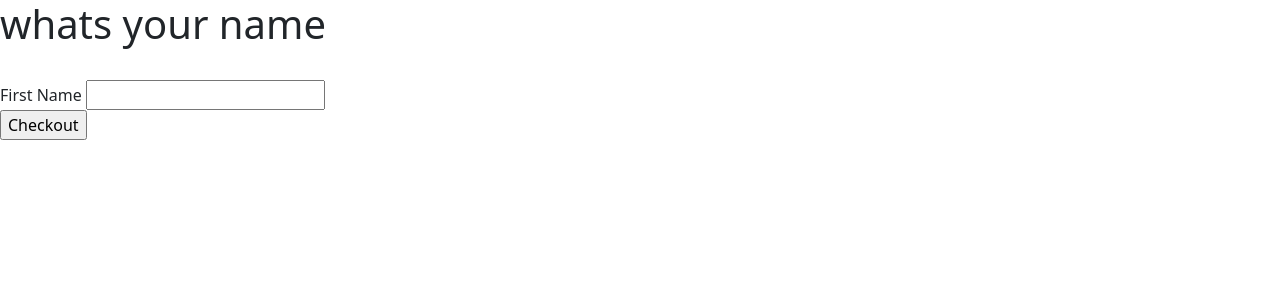
Repository: Flatbook/sliced_bread
Page: http://localhost/checkout
An editor plug-in stored every save of this project. The page is shown before and after the next save, followed by the edit.
The browser window is 1280 px wide. The pictures show the whole page.
Some web libraries are served in a nearby version. The page is served by the project's application, run on Flask 3 (app.py).

Above is the page before, as saved 2021-05-15 21:59:54.

After the next save:
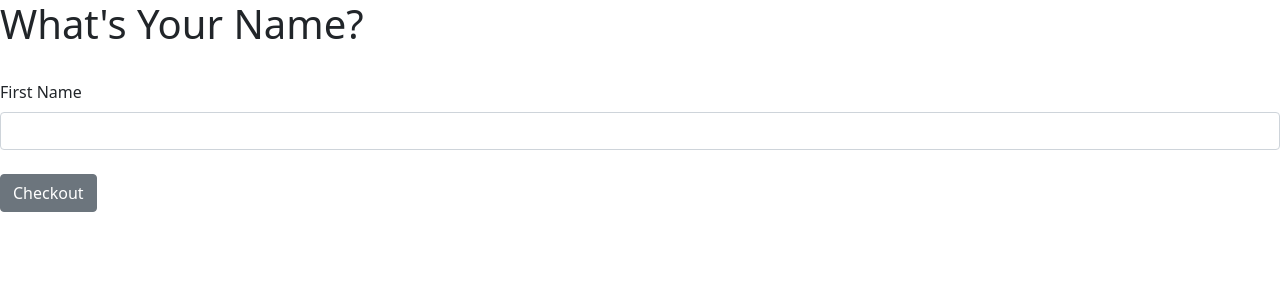
Saved 2 min 28 s later.
--- a/flask_project/templates/checkout.html
+++ b/flask_project/templates/checkout.html
@@ -2,19 +2,30 @@
 {% block content %}
 
 {% if name %}
-<h1>Hello {{name}}!!</h1>
+	<h1>Hello {{ name }}!!</h1>
+	<br/>
+	<img src="{{ url_for('static', filename='images/NorthPeak.png')}}" width=1100>
+	<br/><br/>
+	<p id="demo">This is stuff...</p>
+
+<script src="{{ url_for('static', filename='js/myfile.js')}}"></script>
+
+
 {% else %}
-    <h1> whats your name</h1>
-    <br/>
-<form method ="POST">
-    {{form.hidden_tag()}}
+	<h1>What's Your Name?</h1>
+	<br/>
+	<form method="POST">
+		{{ form.hidden_tag() }}
 
-    {{form.name.label }}
-    {{form.name() }}
-    <br/>
-    {{form.submit() }}
-</form>
+		{{ form.name.label(class="form-label") }}
 
+		{{ form.name(class="form-control") }}
+		<br/>
+
+		{{ form.submit(class="btn btn-secondary") }}
+
+
+	</form>
 
 
 
